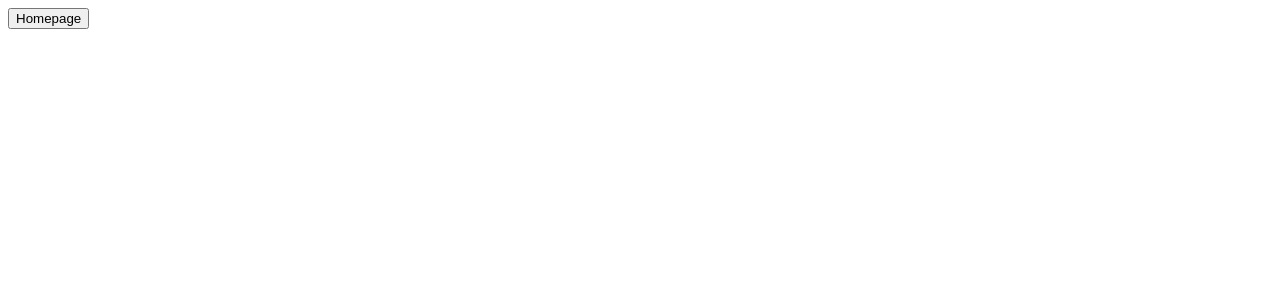
Repository: kepisal/ServletJAVA
Page: AjaxStaffandStudent/WebContent/pages/viewdetails.html
An editor plug-in stored every save of this project. The page is shown before and after the next save, followed by the edit.
The browser window is 1280 px wide. The pictures show the whole page.

Above is the page before, as saved 2015-07-10 15:34:39.

### AjaxStaffandStudent/WebContent/pages/viewdetails.html
<!DOCTYPE html>
<html>
<head>
<meta charset="ISO-8859-1">
<title>Insert title here</title>
</head>
<body>
	<div>
		<button id="btnhomepage">Homepage</button>
	</div>
	<div></div>
</body>
</html>

After the next save:
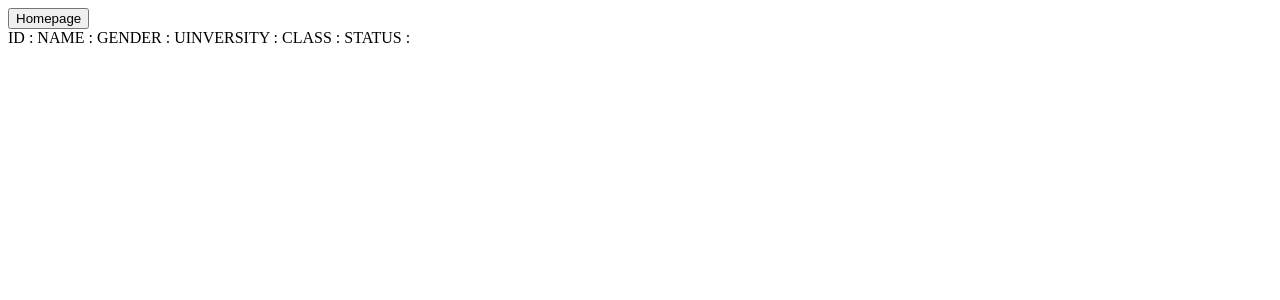
Saved 77 s later.
--- a/AjaxStaffandStudent/WebContent/pages/viewdetails.html
+++ b/AjaxStaffandStudent/WebContent/pages/viewdetails.html
@@ -8,6 +8,13 @@
 	<div>
 		<button id="btnhomepage">Homepage</button>
 	</div>
-	<div></div>
+	<div>
+		<label>ID         :</label>
+		<label>NAME       :</label>
+		<label>GENDER     :</label>
+		<label>UINVERSITY :</label>
+		<label>CLASS      :</label>
+		<label>STATUS     :</label>
+	</div>
 </body>
 </html>
